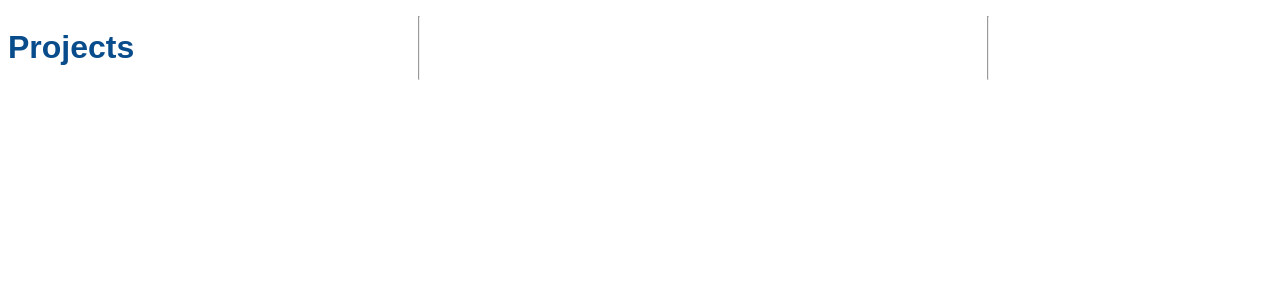
Repository: zackaroo20/zackaroo20
Page: pages/projects.html
These files come from the project's save history. The page is drawn as it stood at one moment and after the next save; the edit follows.
The browser window is 1280 px wide. The pictures show the whole page.

Above is the page before, as saved 2026-05-14 15:34:22.

### pages/projects.html
<!DOCTYPE html>
<html lang="en">
<head>
    <meta charset="UTF-8">
    <meta name="viewport" content="width=device-width, initial-scale=1.0">
    <title>Document</title>
    <link rel="stylesheet" href="/styles/pages.css"/>
</head>
<Header>
    <h1>Projects</h1>
    <hr class="divider">
    <hr>

</Header>
<body>

</body>
</html>

### styles/pages.css
header{
    display: flex;
    justify-content: center;
    font-family: Arial, Helvetica, sans-serif;
    color: #084c8b;

}
/* .divider {
  border: 0;
  height: 4px;
  background-color: #1f4e79;
  width: 100%;
  margin-top: 12px;
} */

After the next save:
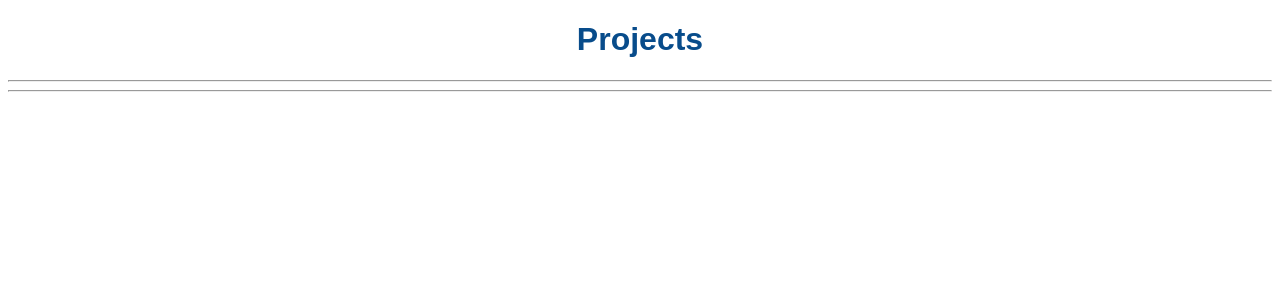
Saved 3 min 22 s later.
--- a/styles/pages.css
+++ b/styles/pages.css
@@ -1,4 +1,4 @@
-header{
+h1{
     display: flex;
     justify-content: center;
     font-family: Arial, Helvetica, sans-serif;
